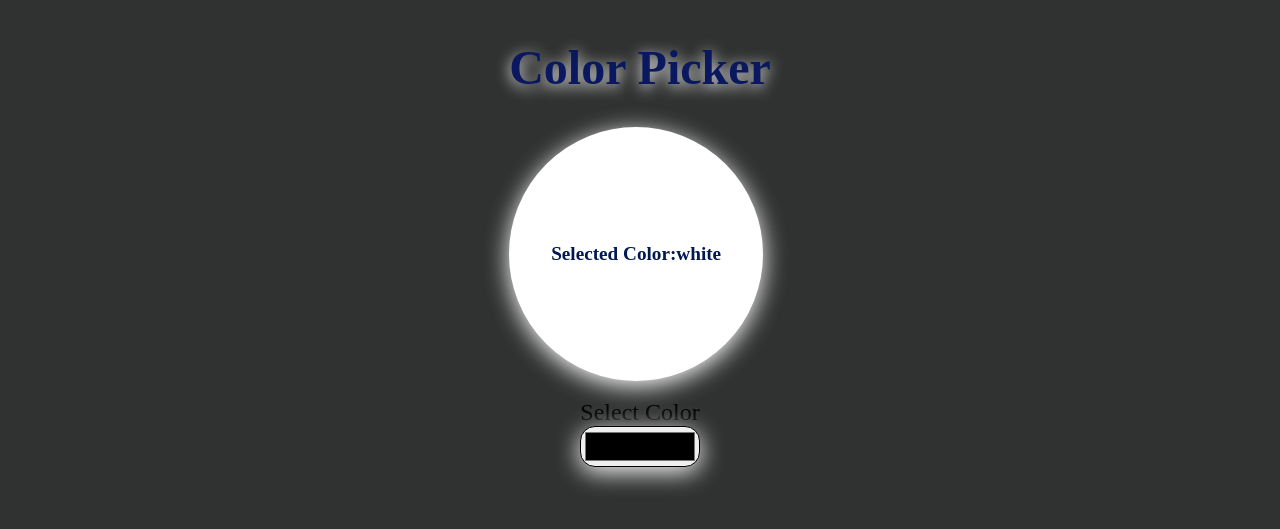
Repository: rkrukshan/Color-Picker--React-
Page: /
These files come from the project's save history. The page is drawn as it stood at one moment and after the next save; the edit follows.
The browser window is 1280 px wide. The pictures show the whole page.
The project was rebuilt for these pictures with package versions that can differ from the ones it lists, and the page was loaded fresh each time. Also part of the build but not shown: vite.config.js.

Above is the page before, as saved 2024-07-21 19:14:41.

### src/App.jsx
import ColorPicker from "./ColorPicker"

function App() {

  return (
    <>
    <ColorPicker/>
    </>
  )

}

export default App

### src/index.css
body{
  background-color:rgb(48, 49, 49);
}
.cp-container {
  text-align: center;
  display: grid;
  align-items:center;
  justify-content: center;
}
.heading {
  color: rgb(10, 25, 95);
  font-size: 3em;
  text-shadow: 0px 3px 15px white;
}
.color-pad {
  height: 250px;
  width: 250px;
  border:2px solid rgb(255, 255, 255);
  border-radius: 50%;
  box-shadow:0px 5px 25px rgb(255, 255, 255);
  transition: .25s;
  display: flex;
  align-items:center;
  justify-content: center;
}
.selectedlabel
{
  font-size: larger;
  font-weight: bolder;
  color:rgb(1, 24, 81);
}
.selectlabel{
font-size: 1.5em;
}
.colorpicker{
  width: 9em;
  height: 41px;
  border-radius:15px;
  box-shadow:0px 5px 25px rgb(255, 255, 255);
  transition: 11s;
}

### src/ColorPicker.jsx
import { useState } from "react";

function ColorPicker() {
  const [color, setColor] = useState("white");

  function updateColor(event) {
    setColor(event.target.value);
  }
  return (
    <div className="cp-container">
      <h1 className="heading">Color Picker</h1>
      <div className="color-pad" style={{ backgroundColor: color }}>
        <p htmlFor="cp" className="selectedlabel">
          Selected Color:{color}
        </p>
      </div>
      <br />
      <div className="btncp">
        <label htmlFor="scp" className="selectlabel">
          Select Color
        </label>
        <br />
        <input
          type="color"
          value={color}
          onChange={updateColor}
          className="colorpicker"
        />
      </div>
    </div>
  );
}
export default ColorPicker;

Loaded but not shown: index.html (common file); src/main.jsx (common file)

After the next save:
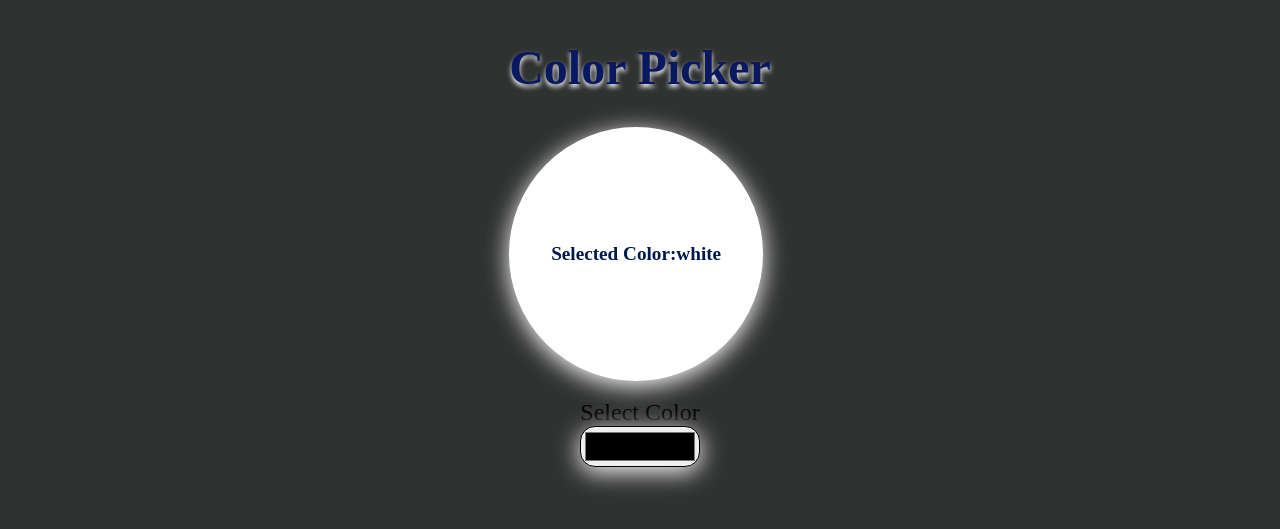
Saved 10 s later.
--- a/src/index.css
+++ b/src/index.css
@@ -10,7 +10,7 @@
 .heading {
   color: rgb(10, 25, 95);
   font-size: 3em;
-  text-shadow: 0px 3px 15px white;
+  text-shadow: 0px 3px 5px white;
 }
 .color-pad {
   height: 250px;

After the save that followed:
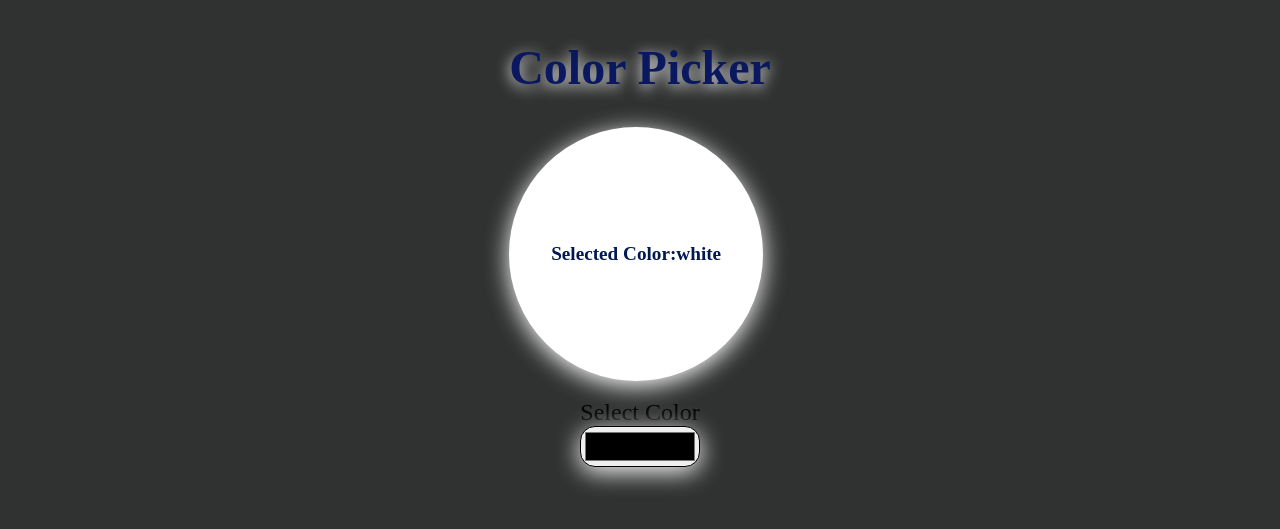
Saved 6 s later.
--- a/src/index.css
+++ b/src/index.css
@@ -10,7 +10,7 @@
 .heading {
   color: rgb(10, 25, 95);
   font-size: 3em;
-  text-shadow: 0px 3px 5px white;
+  text-shadow: 0px 3px 15px white;
 }
 .color-pad {
   height: 250px;
